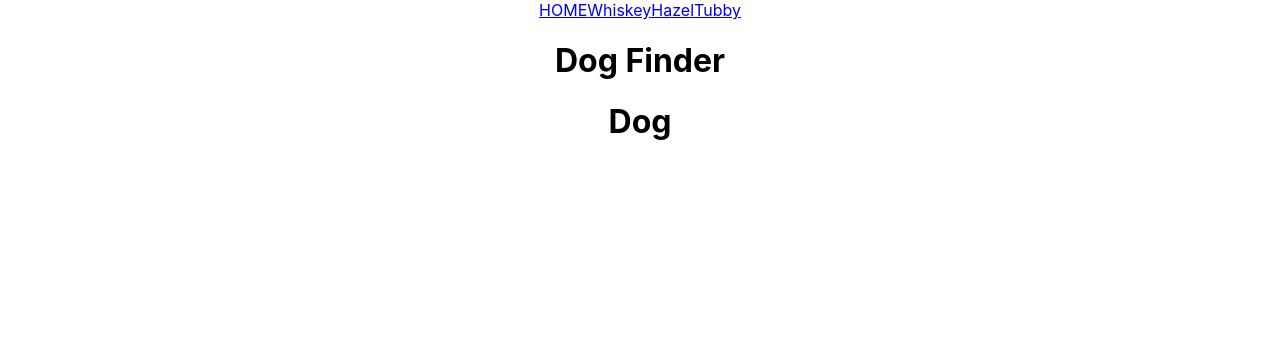
Repository: johnmutina/dog-finder
Page: /
The author's editor kept a copy of each file at every save. The page is drawn from the files as they stood at one save, then again after a run of saves.
The browser window is 1280 px wide. The pictures show the whole page.
The project was rebuilt for these pictures with package versions that can differ from the ones it lists, and the page was loaded fresh each time.

Above is the page before, as saved 2019-07-28 11:43:37.

After the next 2 saves:
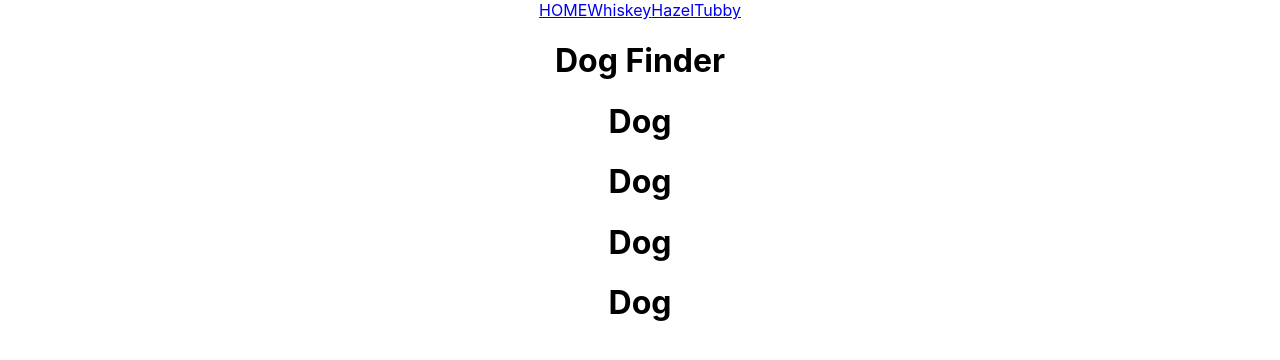
The 2 saves are shown as one change because they came seconds apart.
The last was saved 19 s later.
--- a/src/DogFinder.js
+++ b/src/DogFinder.js
@@ -6,7 +6,9 @@ class DogFinder extends Component {
     return (
       <div>
         {console.log(this.props.dogs[0])}
-        {/* {this.props.dogs.map(dog => <Dog info={...dog}></Dog>)} */}
+        {this.props.dogs.map(dog => (
+          <Dog {...dog} />
+        ))}
         <Dog />
       </div>
     );
